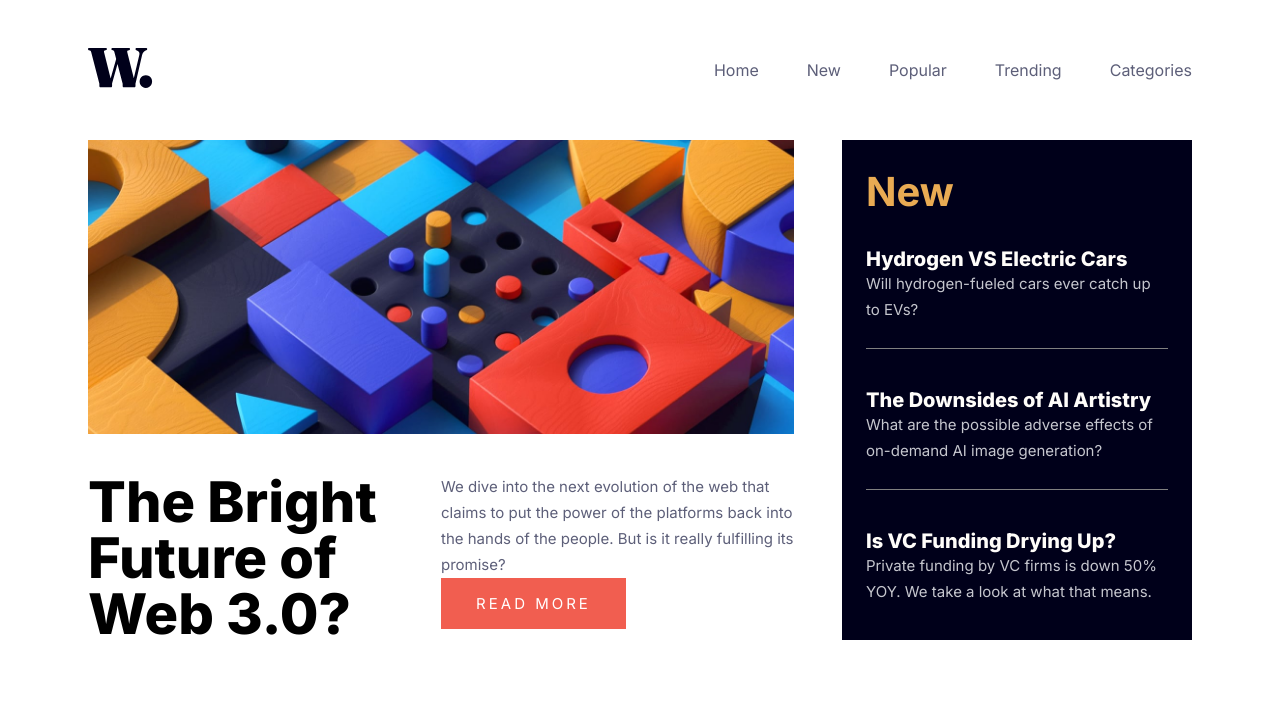
Repository: DevAntonioRogers/FrontendMentor-News-Homepage
Page: index.html
An editor plug-in stored every save of this project. The page is shown before and after the next save, followed by the edit.
The browser window is 1280 px wide. The pictures show the whole page.

Above is the page before, as saved 2023-04-21 12:59:23.

After the next save:
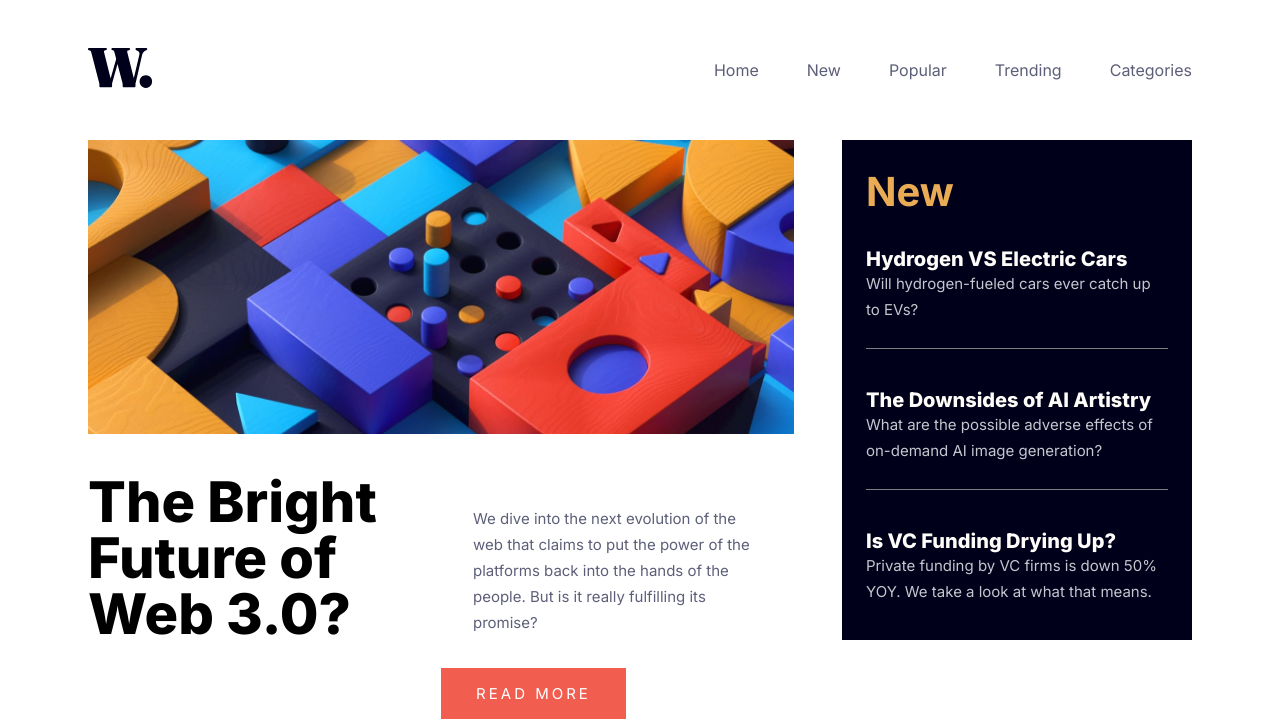
Saved 9 s later.
--- a/index.html
+++ b/index.html
@@ -36,7 +36,7 @@
             <h1>The Bright Future of Web 3.0?</h1>
           </div>
           <div>
-            <div class="hero-article-paragragh">
+            <div class="hero-article-paragraph">
               <p>
                 We dive into the next evolution of the web that claims to put the power of the platforms back into the
                 hands of the people. But is it really fulfilling its promise?

After the save that followed:
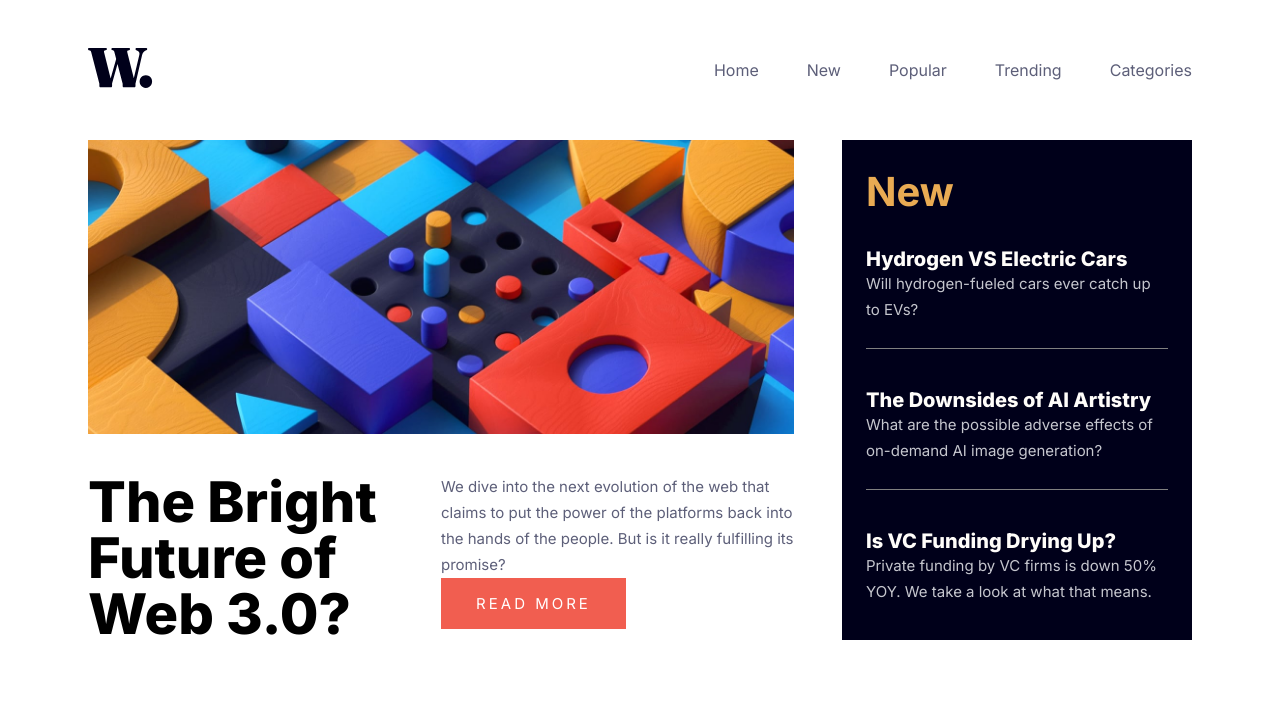
Saved 20 s later.
--- a/styles.css
+++ b/styles.css
@@ -96,9 +96,7 @@ nav{
   border: none;
 }
 
-.hero-article-paragraph{
-  padding: 2rem;
-}
+
 .hero-article p{
   font-weight: 400;
   font-size: 15px;
